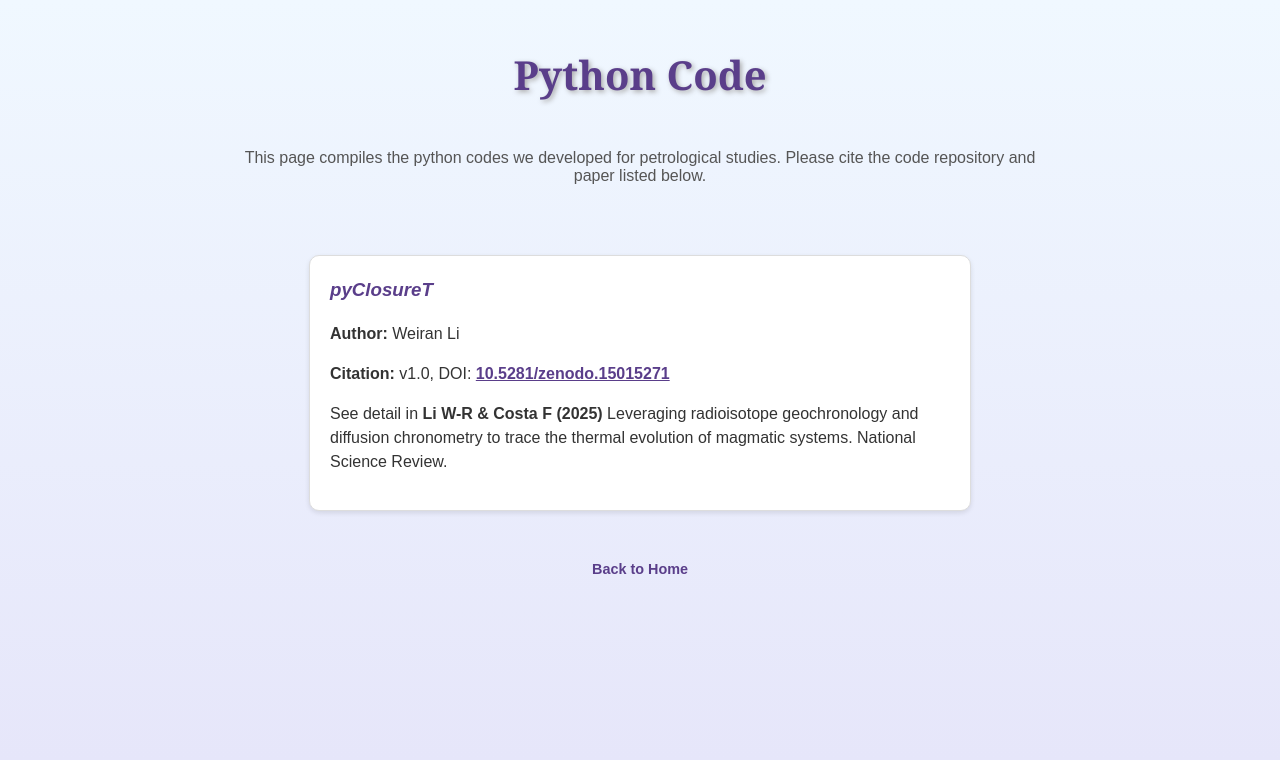
Repository: Abyss2019/home_page
Page: python-code/index.html
The author's editor kept a copy of each file at every save. The page is drawn from the files as they stood at one save, then again after the next save.
The browser window is 1280 px wide. The pictures show the whole page.

Above is the page before, as saved 2025-04-06 11:55:03.

### python-code/index.html
<!DOCTYPE html>
<html lang="en">
<head>
  <meta charset="UTF-8">
  <meta name="viewport" content="width=device-width, initial-scale=1.0">
  <script src="vrocklab-doi-form.js"></script>
  <title>Python Code - VROCKLAB</title>
  <style>
    body {
      font-family: Arial, sans-serif;
      margin: 0;
      padding: 0;
      background: linear-gradient(to bottom, #f0f8ff, #e6e6fa);
      color: #333;
      display: flex;
      flex-direction: column;
      align-items: center;
      padding: 20px;
      min-height: 100vh;
    }

    header {
      text-align: center;
      /* margin-bottom: 10px; */
    }

    header h1 {
      font-size: 2.5em;
      font-family: 'Georgia', serif;
      text-shadow: 2px 2px 5px #aaa;
      color: #5a3e8a;
    }

    header h2 {
      font-size: 1.2em;
      margin-top: 5px;
      color: #555;
    }

    .intro, .content {
      font-size: 1em;
      margin: 20px 0;
      text-align: center;
      color: #555;
      max-width: 800px;
      margin-bottom: 40px;
    }

    .citation-container {
      display: flex;
      flex-direction: column;
      align-items: center;
      margin-top: 20px;
      width: 50%;
    }

    .citation-card {
      background-color: #fff;
      border: 1px solid #ddd;
      border-radius: 10px;
      padding: 20px;
      margin: 10px 0;
      width: 100%;
      box-shadow: 0 2px 5px rgba(0, 0, 0, 0.1);
      line-height: 1.5;
    }

    .citation-card h3 {
      margin-top: 0;
      color: #5a3e8a;
      font-style: italic;
    }



    footer {
      margin-top: 40px;
      font-size: 0.9em;
      color: #666;
      text-align: center;
    }

    footer a {
      color: #5a3e8a;
      text-decoration: none;
      font-weight: bold;
    }

    footer a:hover {
      text-decoration: underline;
    }
  </style>
</head>
<body>
  <header>
    <h1>Python Code</h1>
    <!-- <h2>Compiled Python Codes for Petrological Studies</h2> -->
  </header>

  <div class="intro">
    This page compiles the python codes we developed for petrological studies. Please cite the code repository and paper listed below.
  </div>


  <div class="citation-container">
  <div class="citation-card">
    <h3>pyClosureT</h3>
    <p><strong>Author:</strong> Weiran Li</p>

    <p><strong>Citation:</strong> v1.0, DOI:
    <a href="#" onclick="showForm('https://doi.org/10.5281/zenodo.15015271')" style="color:#5a3e8a; font-weight: bold;">10.5281/zenodo.15015271</a>
    </p>

    <p>See detail in <strong>Li W-R &amp; Costa F (2025)</strong> Leveraging radioisotope geochronology and diffusion chronometry to trace the thermal evolution of magmatic systems. National Science Review.</p>
  </div>
  <!-- 以后可以在这里添加更多引用卡片 -->
  <!--
  <div class="citation-card">
    <h3>其他引用标题</h3>
    <p><strong>Author:</strong> ...</p>
    <p><strong>Citation:</strong> ...</p>
    <p>...</p>
  </div>
  -->
  </div>

  <!-- 弹出表单 -->
  <div id="popup" style="display:none; position:fixed; top:15%; left:50%; transform:translateX(-50%);
    background:#fff; padding:30px 40px; border-radius:12px;
    box-shadow:0 0 20px rgba(0,0,0,0.2); z-index:1000; max-width: 400px; width: 60%;">

    <div style="text-align: right;">
      <span onclick="closeForm()" style="cursor: pointer; font-size: 1.5em; color: #888;">&times;</span>
    </div>

    <h3 style="margin-top: 0; font-size: 1.5em; color: #5a3e8a;">Let us know you!</h3>

    <label for="email" style="font-size: 1.05em;">Email:</label><br>
    <input type="email" id="email" style="width:100%; font-size:1em; padding: 8px; margin-bottom: 16px;"><br>

    <label for="affiliation" style="font-size: 1.05em;">Affiliation:</label><br>
    <input type="text" id="affiliation" style="width:100%; font-size:1em; padding: 8px; margin-bottom: 20px;"><br>

    <div style="text-align: right;">
      <button onclick="skipForm()" style="margin-right: 12px; padding: 8px 16px;">Skip</button>
      <button onclick="submitForm()" style="padding: 8px 16px;">Submit</button>
    </div>
  </div>





  <footer>
    <a href="https://vrocklab.hku.hk/">Back to Home</a>
  </footer>
</body>
</html>

### python-code/vrocklab-doi-form.js
let targetDOI = "";

function showForm(doiURL) {
  targetDOI = doiURL;
  document.getElementById("popup").style.display = "block";
}

function submitForm() {
  const email = document.getElementById("email").value.trim();
  const affiliation = document.getElementById("affiliation").value.trim();

  if (!email || !affiliation) {
    alert("Please fill in both fields or click Skip.");
    return;
  }

  if (!validateEmail(email)) {
    alert("Please enter a valid email address.");
    return;
  }

  localStorage.setItem("vrocklab_email", email);
  localStorage.setItem("vrocklab_affiliation", affiliation);

  window.open(targetDOI, "_blank");
  closeForm();
}

function skipForm() {
  window.open(targetDOI, "_blank");
  closeForm();
}

function closeForm() {
  document.getElementById("popup").style.display = "none";
}

function validateEmail(email) {
  const re = /^[^\s@]+@[^\s@]+\.[^\s@]+$/;
  return re.test(email);
}

After the next save:
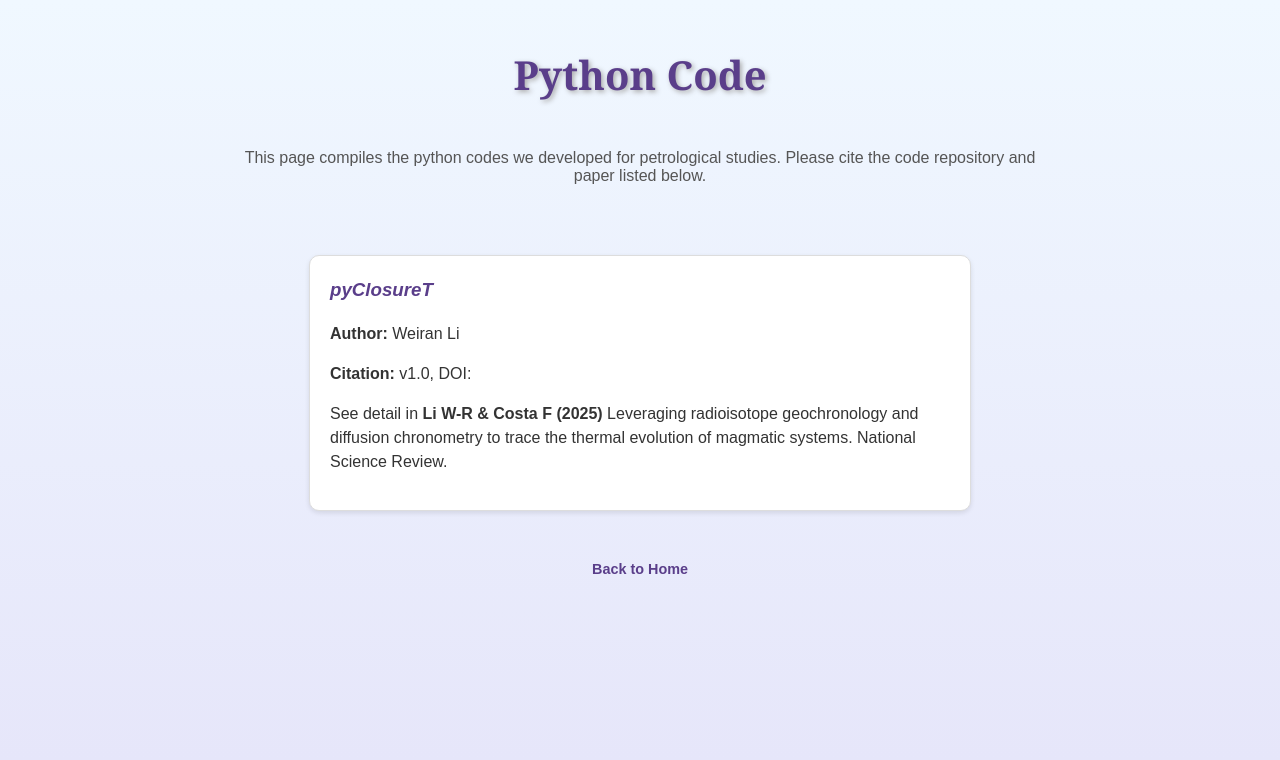
Saved 5 s later.
--- a/python-code/index.html
+++ b/python-code/index.html
@@ -108,7 +108,8 @@
     <p><strong>Author:</strong> Weiran Li</p>
 
     <p><strong>Citation:</strong> v1.0, DOI:
-    <a href="#" onclick="showForm('https://doi.org/10.5281/zenodo.15015271')" style="color:#5a3e8a; font-weight: bold;">10.5281/zenodo.15015271</a>
+    <!-- <a href="#" onclick="showForm('https://doi.org/10.5281/zenodo.15015271')" style="color:#5a3e8a; font-weight: bold;">10.5281/zenodo.15015271</a> -->
+
     </p>
 
     <p>See detail in <strong>Li W-R &amp; Costa F (2025)</strong> Leveraging radioisotope geochronology and diffusion chronometry to trace the thermal evolution of magmatic systems. National Science Review.</p>
